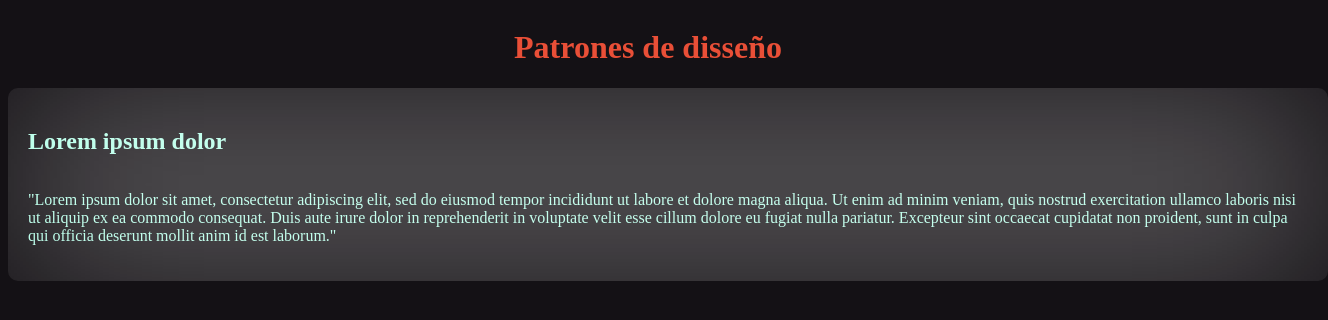
Repository: nrsWebs/design-pattern-es
Page: index.html
The author's editor kept a copy of each file at every save. The page is drawn from the files as they stood at one save, then again after the next save.
The browser window is 1280 px wide. The page is 1328 px wide, then 1280 px, so the pictures cover 1328 px, including what lies to the right of the window. The pictures show the whole page.

Above is the page before, as saved 2021-02-06 18:47:49.

### index.html
<!DOCTYPE html>
<html>
<head>
<script src="https://ajax.googleapis.com/ajax/libs/jquery/3.5.1/jquery.min.js"></script>
<link rel="stylesheet" href="source/main.css">
</head>
<body>
    <div class="main-content">
        <h1>Patrones de disseño</h1>
        <div class="box">
            <div class="glass"></div>
            <h2>Lorem ipsum dolor</h2>
            <p>"Lorem ipsum dolor sit amet, consectetur adipiscing elit, sed do eiusmod tempor incididunt ut labore et dolore magna aliqua. Ut enim ad minim veniam, quis nostrud exercitation ullamco laboris nisi ut aliquip ex ea commodo consequat. Duis aute irure dolor in reprehenderit in voluptate velit esse cillum dolore eu fugiat nulla pariatur. Excepteur sint occaecat cupidatat non proident, sunt in culpa qui officia deserunt mollit anim id est laborum."</p>
        </div>
    </div>
</body>
<script>
$(document).ready(function(){

});
</script>
</html>

### source/main.css
:root {
    --main: #141115;
    --secondary:  #E94F37;
    --auxiliar: #B5FFE9;
  }
body {
    background-color: var(--main);
    display: flex;
    justify-content: center;
    width: 100%;
    color: var(--auxiliar)
}
.main-content{
    display: flex;
    flex-direction: column;
    justify-content: space-around;
    width: 100%;
    max-width: 1440px;
    background-image: (source/images/colored-rocket-minimalism-wallpaper.jpg);
}
h1{
    text-align: center;
    color: var(--secondary)
}
.box {
    display: flex;
    flex-direction: column;
    justify-content: space-around;
    width: 100%;
    padding: 20px;
    position: relative;
    overflow: hidden;
    border-radius: 10px;
}
/* GLASS EFFECT */
.glass{
    background: inherit;
    width: 100%;
    height: 100%;
}
.glass:before {
    content: '';
    width: 100%;
    height: 100%;
    background: inherit;
    position: absolute;
    left: 0;
    right: 0;
    top: 0;
    bottom: 0;
    box-shadow: inset 0 0 0 200px rgba(255,255,255,0.3);
    filter: blur(90px);
    border-radius: 5px;
}

After the next save:
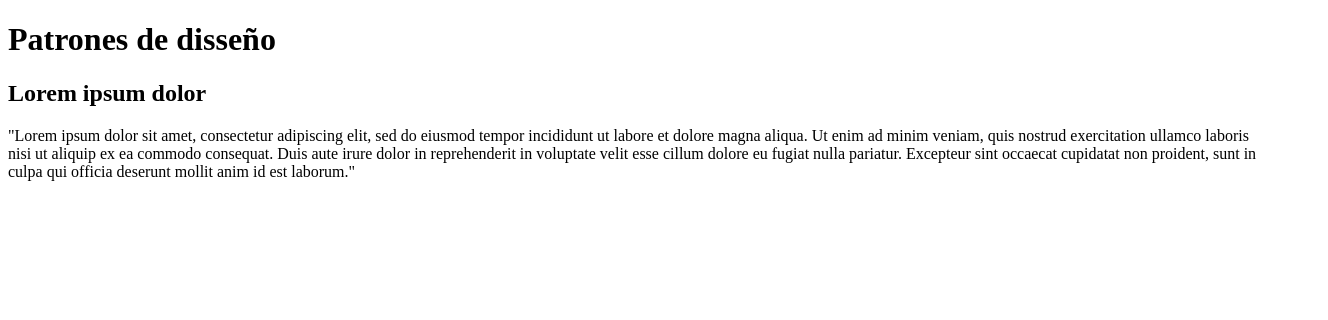
Saved 49 s later.
--- a/source/main.css
+++ b/source/main.css
@@ -4,7 +4,7 @@
     --auxiliar: #B5FFE9;
   }
 body {
-    background-color: var(--main);
+    background-image: ('source/images/colored-rocket-minimalism-wallpaper.jpg';
     display: flex;
     justify-content: center;
     width: 100%;
@@ -16,7 +16,7 @@ body {
     justify-content: space-around;
     width: 100%;
     max-width: 1440px;
-    background-image: (source/images/colored-rocket-minimalism-wallpaper.jpg);
+
 }
 h1{
     text-align: center;
